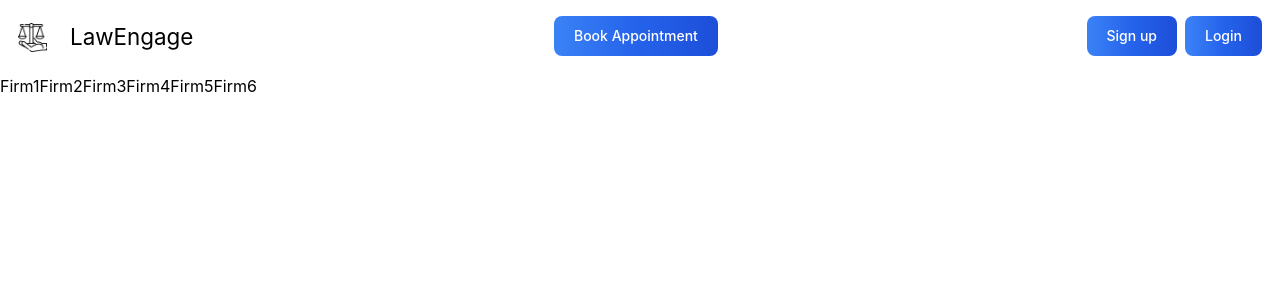
Repository: khushijain8/Lawyer-appointment-application
Page: /book (app in frontend/)
The author's editor kept a copy of each file at every save. The page is drawn from the files as they stood at one save, then again after the next save.
The browser window is 1280 px wide. The pictures show the whole page.
The project was rebuilt for these pictures with package versions that can differ from the ones it lists, and the page was loaded fresh each time. Also part of the build but not shown: frontend/src/App.css, frontend/src/components/Signup/Signup.css, frontend/src/components/Signup/Signup.jsx, frontend/src/components/Login/Login.css, frontend/src/components/Login/Login.jsx, frontend/src/components/Firm1/Firm1.jsx.

Above is the page before, as saved 2025-01-22 15:00:49.

### frontend/src/index.js
import React from 'react';
import ReactDOM from 'react-dom/client';
import './index.css';
import App from './App';
import reportWebVitals from './reportWebVitals';
import {BrowserRouter} from 'react-router-dom';

const root = ReactDOM.createRoot(document.getElementById('root'));
root.render(
  <React.StrictMode>
     <BrowserRouter>
      <App />
    </BrowserRouter>
  </React.StrictMode>
);

// If you want to start measuring performance in your app, pass a function
// to log results (for example: reportWebVitals(console.log))
// or send to an analytics endpoint. Learn more: https://bit.ly/CRA-vitals
reportWebVitals();

### frontend/src/App.js
import './App.css';
import {Route,Routes} from 'react-router-dom';
import Signup from './components/Signup/Signup';
import {Login} from './components/Login/Login';
import Navbar from './components/Navbar/Navbar';
import Book from './components/Book/Book';
import Firm1 from './components/Firm1/Firm1'
function App() {
  return (
    <>
      <Navbar></Navbar>
      <Routes>
        <Route path='/signup' element={<Signup/>}/>
        <Route path='/login' element={<Login/>}/>
        <Route path='/book' element={<Book/>}/>
        <Route path='/firm1' element={<Firm1/>}/>
      </Routes>
    </>
  );
}

export default App;

### frontend/src/components/Navbar/Navbar.jsx
import React from 'react'
import lawlogo from '../../assets/law.png';
import './Navbar.css';
import {useNavigate} from 'react-router-dom';
function Navbar() {
    const navigate=useNavigate()
  return (
    <div className='navbar'>
        <div className="left-nav">
            <img className = "logo px-2 py-2" src={lawlogo} alt="logo"></img>
            <span className="heading">LawEngage</span>
        </div>
        <div className='mid-nav'>
            <button class="text-white bg-gradient-to-r from-blue-500 via-blue-600 to-blue-700 hover:bg-gradient-to-br focus:ring-4 focus:outline-none focus:ring-blue-300 dark:focus:ring-blue-800 font-medium rounded-lg text-sm px-5 py-2.5 text-center me-2 mb-2"onClick={()=>navigate('/book')}>Book Appointment</button>
        </div>
        <div className='right-nav'>
            <button class="text-white bg-gradient-to-r from-blue-500 via-blue-600 to-blue-700 hover:bg-gradient-to-br focus:ring-4 focus:outline-none focus:ring-blue-300 dark:focus:ring-blue-800 font-medium rounded-lg text-sm px-5 py-2.5 text-center me-2 mb-2"onClick={()=>navigate('/signup')}>Sign up</button>
            <button class="text-white bg-gradient-to-r from-blue-500 via-blue-600 to-blue-700 hover:bg-gradient-to-br focus:ring-4 focus:outline-none focus:ring-blue-300 dark:focus:ring-blue-800 font-medium rounded-lg text-sm px-5 py-2.5 text-center me-2 mb-2" onClick={()=>navigate('/login')}>Login</button>
        </div>
    </div>
  )
}

export default Navbar

### frontend/src/components/Book/Book.jsx
import React from 'react'
import {useNavigate} from 'react-router-dom';
function Book() {
  const navigate=useNavigate();
  return (
    <div className="firms">
      <button onclick={()=>navigate('/firm1')}>Firm1</button>
      <button onclick={()=>navigate('/firm2')}>Firm2</button>
      <button onclick={()=>navigate('/firm3')}>Firm3</button>
      <button onclick={()=>navigate('/firm4')}>Firm4</button>
      <button onclick={()=>navigate('/firm5')}>Firm5</button>
      <button onclick={()=>navigate('/firm6')}>Firm6</button>
    </div>
  )
}

export default Book

### frontend/src/components/Navbar/Navbar.css
.logo{
    width:45px;
    height:45px;
}
.navbar{
    margin:10px;
    display:flex;
    justify-content : space-between;
}
.left-nav{
    display: flex;
    justify-content: start;
    gap:15px;
    align-items:center; /* for heading (lawengage to be at the center of the logo)*/
}
.mid-nav{
    margin-top:6px;
}
.right-nav{
    margin-top:6px;
}
.heading{
    font-size: 1.4rem;
    font-weight: normal;
}

Loaded but not shown: frontend/public/index.html (common file); frontend/src/index.css (common file); frontend/src/reportWebVitals.js (common file); frontend/tailwind.config.js (common file)

After the next save:
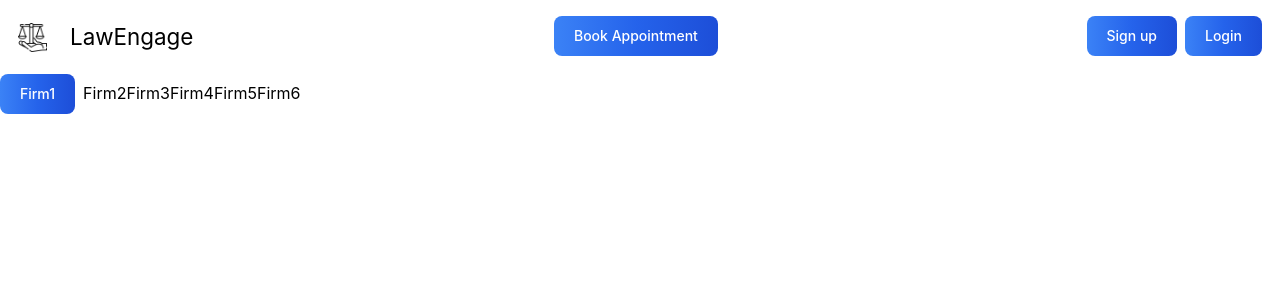
Saved 90 s later.
--- a/frontend/src/components/Book/Book.jsx
+++ b/frontend/src/components/Book/Book.jsx
@@ -4,7 +4,7 @@ function Book() {
   const navigate=useNavigate();
   return (
     <div className="firms">
-      <button onclick={()=>navigate('/firm1')}>Firm1</button>
+      <button className="text-white bg-gradient-to-r from-blue-500 via-blue-600 to-blue-700 hover:bg-gradient-to-br focus:ring-4 focus:outline-none focus:ring-blue-300 dark:focus:ring-blue-800 font-medium rounded-lg text-sm px-5 py-2.5 text-center me-2 mb-2" onclick={()=>navigate('/firm1')}>Firm1</button>
       <button onclick={()=>navigate('/firm2')}>Firm2</button>
       <button onclick={()=>navigate('/firm3')}>Firm3</button>
       <button onclick={()=>navigate('/firm4')}>Firm4</button>
